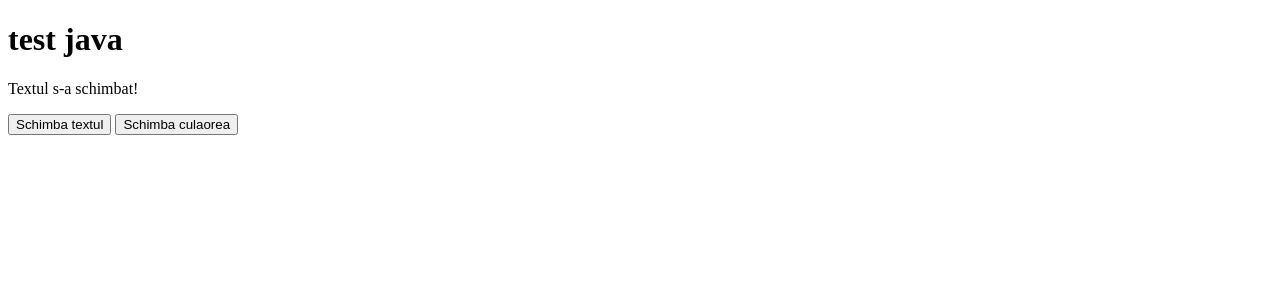
Repository: Parnicoza/testecomplete
Page: testcompletJS-1.html
An editor plug-in stored every save of this project. The page is shown before and after the next save, followed by the edit.
The browser window is 1280 px wide. The pictures show the whole page.
After loading, the first visible `button` was clicked once.

Above is the page before, as saved 2025-03-10 12:03:00.

After the next save:
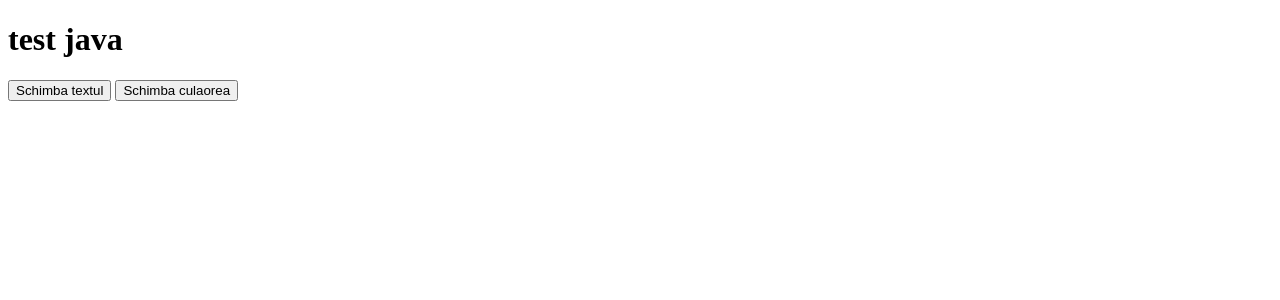
Saved 2 min 51 s later.
--- a/java.js
+++ b/java.js
@@ -1,7 +1,7 @@
 function schimba(){
-    document.getElementById("p").innerHTML = "Textul s-a schimbat!";
+    document.getElementById("p") .style.display = "none";
 }
 
 function schimbaculoarea(){
-    document.getElementById("p") .style.color = "red";
+    document.getElementById("p") .style.display = "block";
 }
